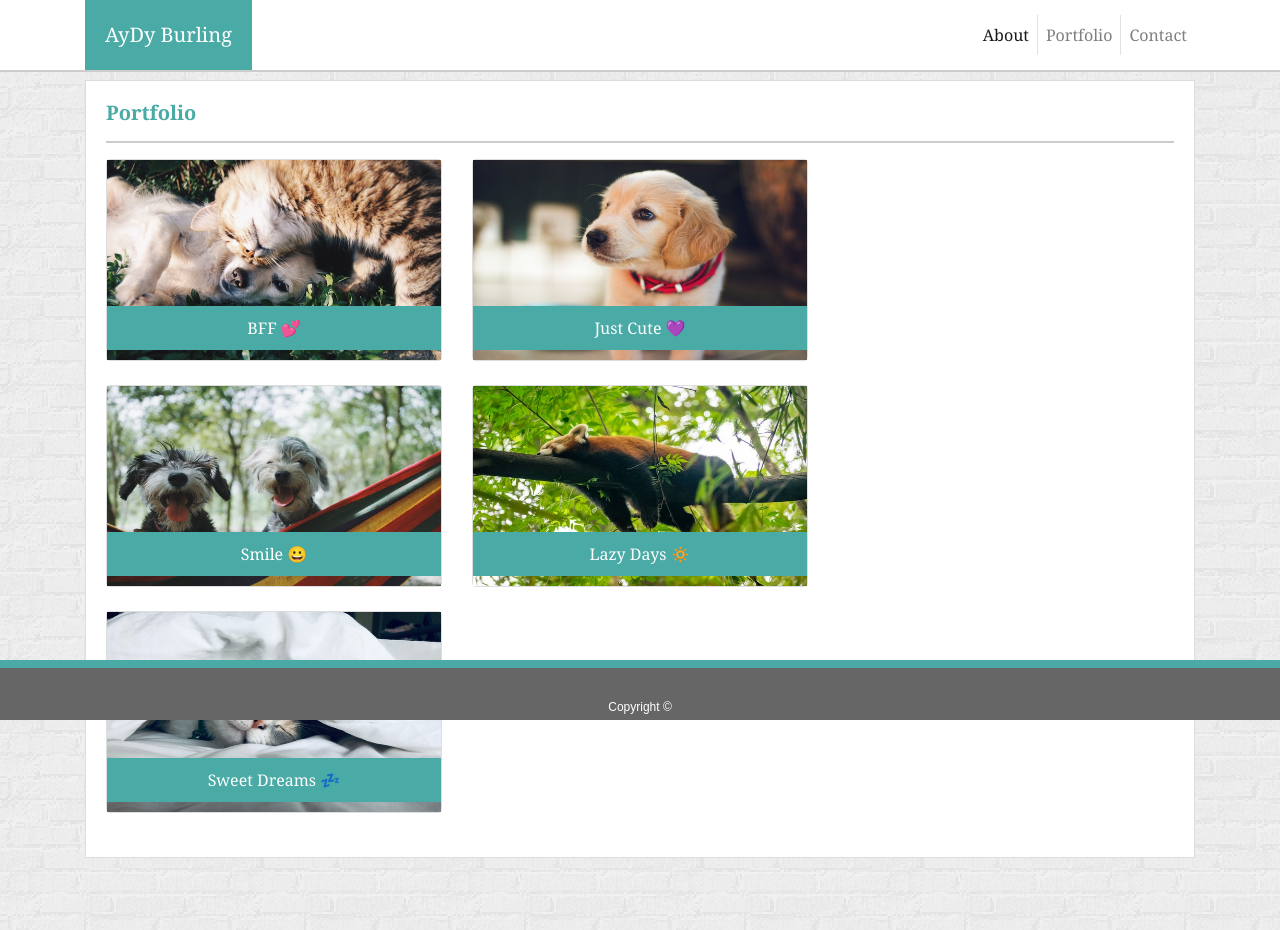
Repository: Dee1985/AyDy-Burling-prework
Page: Module-1_Assessment/portfolio.html
These files come from the project's save history. The page is drawn as it stood at one moment and after the next save; the edit follows.
The browser window is 1280 px wide. The pictures show the whole page.

Above is the page before, as saved 2020-05-22 23:01:01.

### Module-1_Assessment/portfolio.html
<!DOCTYPE html>
<html lang="en">
  <head>
    <meta charset="UTF-8" />
    <meta name="viewport" content="width=device-width, initial-scale=1.0" />
    <meta http-equiv="X-UA-Compatible" content="ie=edge" />
    <title>Portfolio</title>
    <link rel="stylesheet" href="assets/css/reset.css" />
    <link
      rel="stylesheet"
      href="https://stackpath.bootstrapcdn.com/bootstrap/4.3.1/css/bootstrap.min.css"
      integrity="sha384-ggOyR0iXCbMQv3Xipma34MD+dH/1fQ784/j6cY/iJTQUOhcWr7x9JvoRxT2MZw1T"
      crossorigin="anonymous"
    />
    <link rel="stylesheet" href="assets/css/style.css" />
  </head>
  <body>
    <nav class="navbar navbar-light navbar-expand-lg p-0 card-gallery ">
      <div class="container">
        <a href="# "class="navbar-brand text-white"
          >AyDy Burling</a>
          <button
              class="navbar-toggler"
              type="button"
              data-toggle="collapse"
              data-target="#navbarTogglerDemo02"
              aria-controls="navbarTogglerDemo02"
              aria-expanded="false"
              aria-label="Toggle navigation"
            >
              <span class="navbar-toggler-icon"></span>
            </button>
            <div class="collapse navbar-collapse" id="navbarTogglerDemo02">
              <ul class="navbar-nav ml-auto mt-2 mt-lg-0">
                <li class="nav-item active">
                  <a class="nav-link border-right" href="index.html">About</a>
                </li>
                <li class="nav-item">
                  <a class="nav-link border-right" href="#">Portfolio</a>
                </li>
                <li class="nav-item">
                  <a class="nav-link" href="contact.html" tabindex="-1">Contact</a>
                </li>
              </ul>
            </div>
          </nav>

    <section class="card-gallery">
      <div class="container">
        <div class="row">
          <div class="col mb-4 mt-2">
            <div class="card rounded-0 mb-5">
              <div class="card-body">
              <h5 class="card-title">Portfolio</h5>
              <hr />
              <!-- start of cards -->
            <div class="row justify-content-start">
              <!-- first card -->
                <div class="col-lg-4 mb-4">
                            <div class="card text-white">
                                <img src="assets/img/krista-mangulsone-9gz3wfHr65U-unsplash.jpg" width="100%" height="200" alt="cat and dog cuddles">
                                <div class="card-heading text-center">
                                    BFF 💕
                                </div>
                            </div>
                        </div>
               <!-- second card -->
                <div class="col-lg-4 mb-4">
                            <div class="card text-white">
                                <img src="assets/img/berkay-gumustekin-ngqyo2AYYnE-unsplash.jpg" width="100%" height="200" alt="puppy pic">
                                <div class="card-heading text-center">
                                    Just Cute 💜
                                </div>
                            </div>
                  </div>
            </div>
               <!-- third card -->
            <div class="row">
              <div class="col-lg-4 mb-4">
                            <div class="card text-white">
                                <img src="assets/img/alvan-nee-FHl79chXS6s-unsplash.jpg" width="100%" height="200px" alt="two dogs smiling">
                                <div class="card-heading text-center">
                                    Smile 😀
                                </div>
                            </div>
                        </div>
               <!-- fourth card -->
                   <div class="col-lg-4 mb-4">
                            <div class="card text-white">
                                <img src="assets/img/chris-curry-GYpsSWHslHA-unsplash.jpg" width="100%" height="200px" alt="animal sleeping on branch">
                                <div class="card-heading text-center">
                                    Lazy Days 🔅
                                </div>
                            </div>
                        </div>
                        </div>
               <!-- fifth card -->
               <div class="row justify-content-start">
                   <div class="col-lg-4 mb-4">
                            <div class="card text-white">
                                <img src="assets/img/kate-stone-matheson-uy5t-CJuIK4-unsplash.jpg" width="100%" height="200px" alt="cat under a blanket">
                                <div class="card-heading text-center">
                                    Sweet Dreams 💤
                                </div>
                            </div>
                        </div>
                        </div>

            </div>
              </div>
            </div>
          </div>
        </div>
      </div>
    </section>
    <footer>
      <div class="fixed text-center text-white"> Copyright &copy;</div>
    </footer>

    <script
      src="https://code.jquery.com/jquery-3.3.1.slim.min.js"
      integrity="sha384-q8i/X+965DzO0rT7abK41JStQIAqVgRVzpbzo5smXKp4YfRvH+8abtTE1Pi6jizo"
      crossorigin="anonymous"
    ></script>
    <script
      src="https://cdnjs.cloudflare.com/ajax/libs/popper.js/1.14.7/umd/popper.min.js"
      integrity="sha384-UO2eT0CpHqdSJQ6hJty5KVphtPhzWj9WO1clHTMGa3JDZwrnQq4sF86dIHNDz0W1"
      crossorigin="anonymous"
    ></script>
    <script
      src="https://stackpath.bootstrapcdn.com/bootstrap/4.3.1/js/bootstrap.min.js"
      integrity="sha384-JjSmVgyd0p3pXB1rRibZUAYoIIy6OrQ6VrjIEaFf/nJGzIxFDsf4x0xIM+B07jRM"
      crossorigin="anonymous"
    ></script>
  </body>
</html>

### Module-1_Assessment/assets/css/style.css
* {
	box-sizing: border-box;
	margin: 0;
	padding: 0;
}

section {
	/* https://www.toptal.com/designers/subtlepatterns/?s=brick */
	background-image: url('../img/brickwall_@2X.png');
	background-position: center;
}

nav {
	font-family: Cambria, Cochin, Georgia, Times, 'Times New Roman', serif;
}

.btn {
	background-color: #4aaaa5;
	border-color: #4aaaa5;
}
.navbar {
	border-bottom: 2px solid #cccccc;
}
a.navbar-brand {
	background-color: #4aaaa5;
	padding: 20px;
	margin: 0;
}
hr {
	border-top: 2px solid;
	border-color: #cccccc;
}

.card {
	font-family: Arial, Helvetica, sans-serif;
	border-color: #dddddd;
	height: auto;
}
.card-title {
	font-size: 20px;
	color: #4aaaa5;
	font-family: Cambria, Cochin, Georgia, Times, 'Times New Roman', serif;
	font-weight: bold;
}
.card-heading {
	background-color: #4aaaa5;
	font-size: 16px;
	font-family: Cambria, Cochin, Georgia, Times, 'Times New Roman', serif;
	position: absolute;
	bottom: 5%;
	width: 100%;
	padding-top: 10px;
	padding-bottom: 10px;
}

footer {
	position: fixed;
	left: 0;
	bottom: 0;
	width: 100%;
	border-top: 8px solid #4aaaa5;
	background-color: #666666;
	color: #ffffff;
	font-family: Arial, 'Helvetica Neue', Helvetica, sans-serif;
	font-size: 12px;
	height: 60px;
	padding-top: 30px;
}

Loaded but not shown: Module-1_Assessment/assets/css/reset.css (common file)

After the next save:
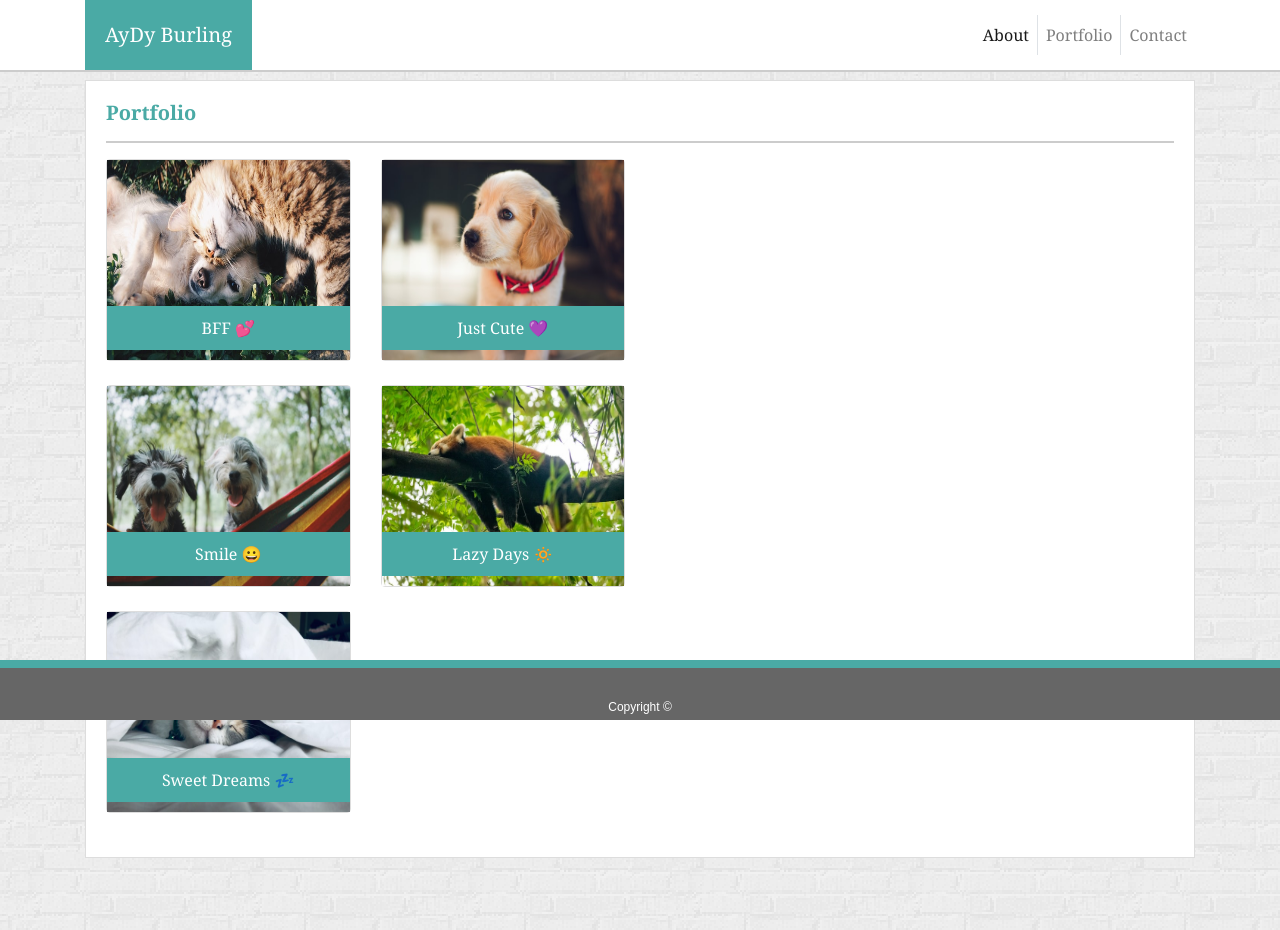
Saved 21 s later.
--- a/Module-1_Assessment/portfolio.html
+++ b/Module-1_Assessment/portfolio.html
@@ -56,7 +56,7 @@
               <!-- start of cards -->
             <div class="row justify-content-start">
               <!-- first card -->
-                <div class="col-lg-4 mb-4">
+                <div class="col-3 mb-4">
                             <div class="card text-white">
                                 <img src="assets/img/krista-mangulsone-9gz3wfHr65U-unsplash.jpg" width="100%" height="200" alt="cat and dog cuddles">
                                 <div class="card-heading text-center">
@@ -65,7 +65,7 @@
                             </div>
                         </div>
                <!-- second card -->
-                <div class="col-lg-4 mb-4">
+                <div class="col-3 mb-4">
                             <div class="card text-white">
                                 <img src="assets/img/berkay-gumustekin-ngqyo2AYYnE-unsplash.jpg" width="100%" height="200" alt="puppy pic">
                                 <div class="card-heading text-center">
@@ -76,7 +76,7 @@
             </div>
                <!-- third card -->
             <div class="row">
-              <div class="col-lg-4 mb-4">
+              <div class="col-3 mb-4">
                             <div class="card text-white">
                                 <img src="assets/img/alvan-nee-FHl79chXS6s-unsplash.jpg" width="100%" height="200px" alt="two dogs smiling">
                                 <div class="card-heading text-center">
@@ -85,7 +85,7 @@
                             </div>
                         </div>
                <!-- fourth card -->
-                   <div class="col-lg-4 mb-4">
+                   <div class="col-3 mb-4">
                             <div class="card text-white">
                                 <img src="assets/img/chris-curry-GYpsSWHslHA-unsplash.jpg" width="100%" height="200px" alt="animal sleeping on branch">
                                 <div class="card-heading text-center">
@@ -96,7 +96,7 @@
                         </div>
                <!-- fifth card -->
                <div class="row justify-content-start">
-                   <div class="col-lg-4 mb-4">
+                   <div class="col-3 mb-4">
                             <div class="card text-white">
                                 <img src="assets/img/kate-stone-matheson-uy5t-CJuIK4-unsplash.jpg" width="100%" height="200px" alt="cat under a blanket">
                                 <div class="card-heading text-center">
